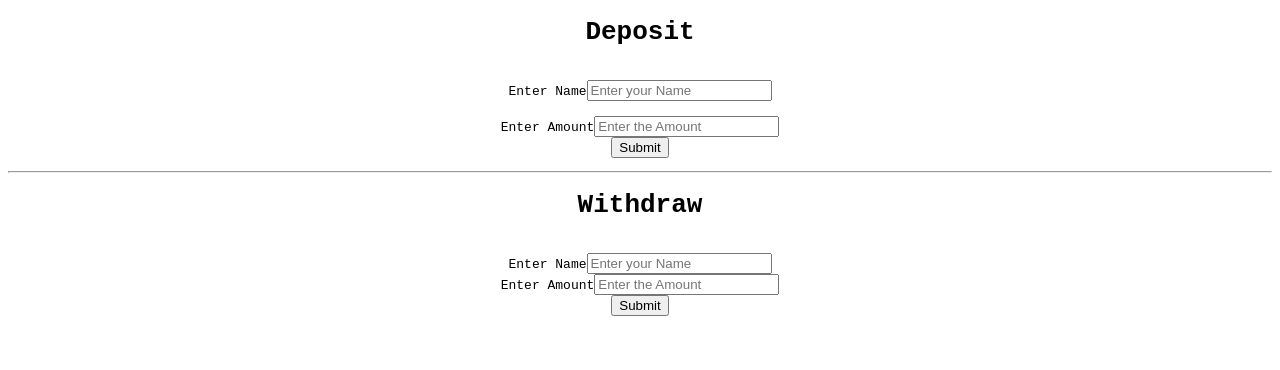
Repository: NarenD12/ProgramsFromTraining
Page: BankApp/WebContent/DepositWithdraw.html
The author's editor kept a copy of each file at every save. The page is drawn from the files as they stood at one save, then again after the next save.
The browser window is 1280 px wide. The pictures show the whole page.

Above is the page before, as saved 2023-09-21 17:50:55.

### BankApp/WebContent/DepositWithdraw.html
<!DOCTYPE html>
<html>
<head>
<style>
body {text-align: center;}
</style>
<meta charset="ISO-8859-1">
<title>Insert title here</title>
</head>
<body>
<form action="Deposit" method="post">
<pre>
<h1>Deposit</h1>
Enter Name<input type="text" name="name" placeholder="Enter your Name"></br>
Enter Amount<input type="number" name="amount" placeholder="Enter the Amount">
<input type="submit">
</pre>
</form>
<hr>

<form action="Withdraw" method="post">
<pre>
<h1>Withdraw</h1>
Enter Name<input type="text" name="name" placeholder="Enter your Name">
Enter Amount<input type="number" name="amount" placeholder="Enter the Amount">
<input type="submit">
</pre>
</form>




</body>
</html>

After the next save:
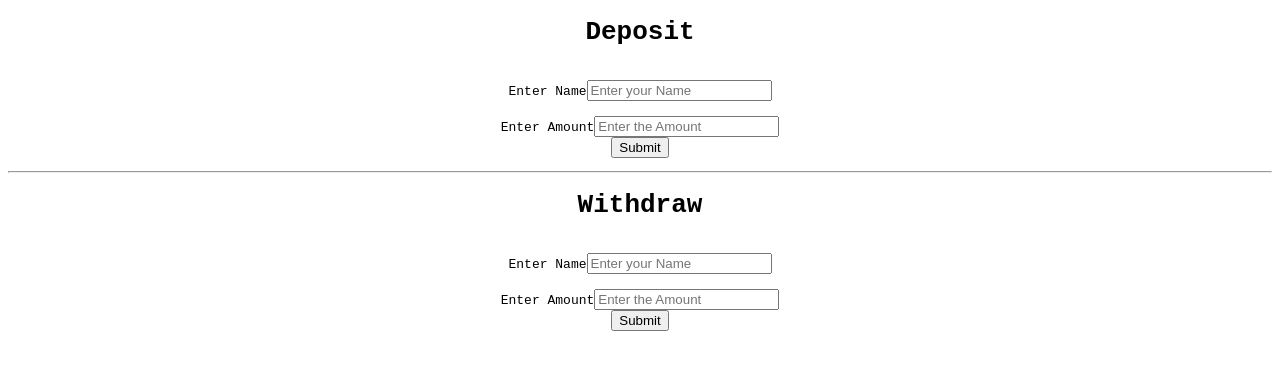
Saved 9 s later.
--- a/BankApp/WebContent/DepositWithdraw.html
+++ b/BankApp/WebContent/DepositWithdraw.html
@@ -11,7 +11,7 @@ body {text-align: center;}
 <form action="Deposit" method="post">
 <pre>
 <h1>Deposit</h1>
-Enter Name<input type="text" name="name" placeholder="Enter your Name"></br>
+Enter Name<input type="text" name="name" placeholder="Enter your Name"><br>
 Enter Amount<input type="number" name="amount" placeholder="Enter the Amount">
 <input type="submit">
 </pre>
@@ -21,7 +21,7 @@ Enter Amount<input type="number" name="amount" placeholder="Enter the Amount">
 <form action="Withdraw" method="post">
 <pre>
 <h1>Withdraw</h1>
-Enter Name<input type="text" name="name" placeholder="Enter your Name">
+Enter Name<input type="text" name="name" placeholder="Enter your Name"><br>
 Enter Amount<input type="number" name="amount" placeholder="Enter the Amount">
 <input type="submit">
 </pre>
